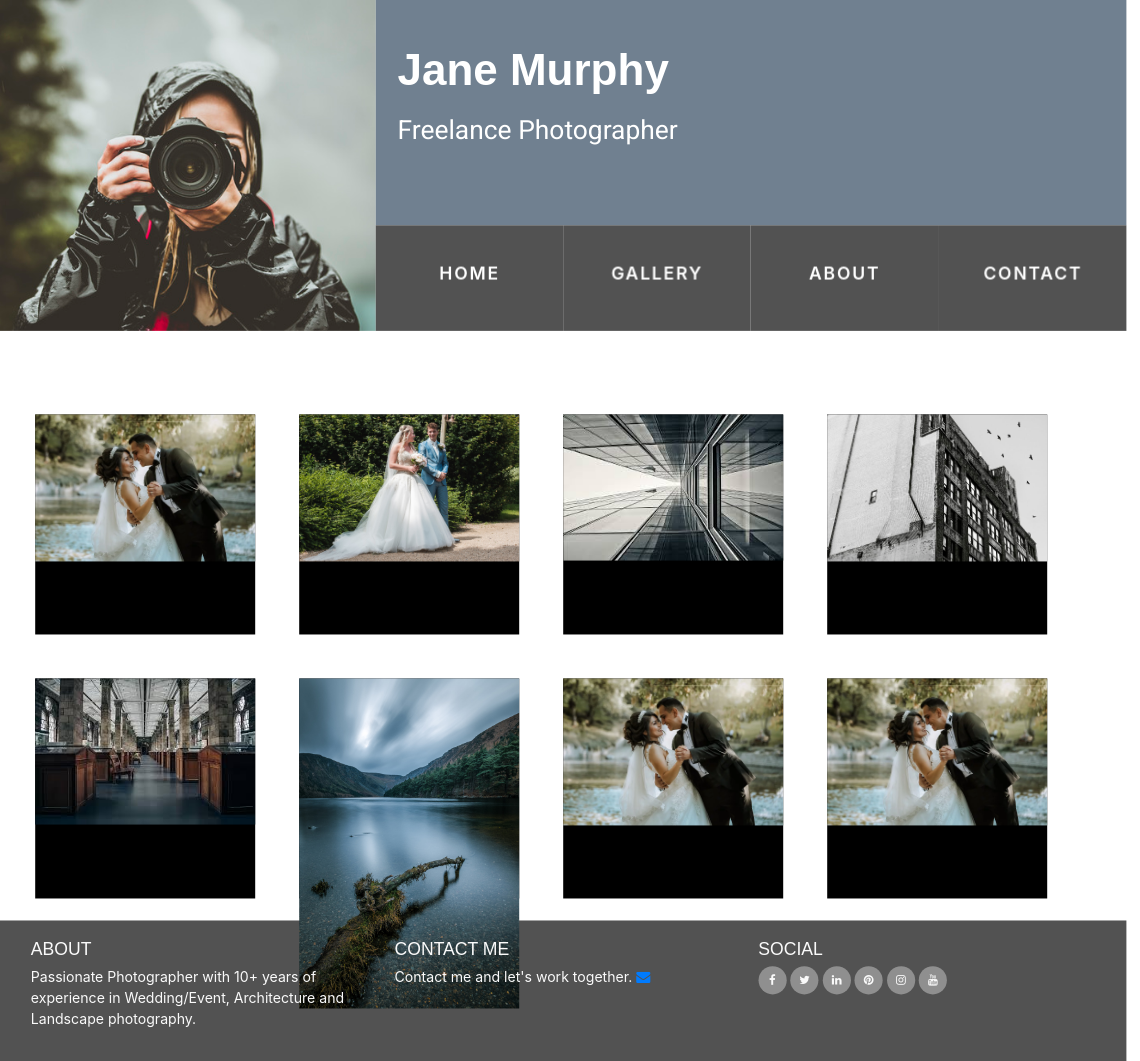
Repository: Code-Institute-Submissions/MrChrisRandall-milestone-1
Page: gallery.html
The author's editor kept a record of every edit. The page is drawn from the files as they stood at one moment, then again after the next edit.
The browser window is 1280 px wide. The page is 1295 px wide, so the pictures cover 1295 px, including what lies to the right of the window. The pictures show the whole page, at 88% of full size.

Above is the page before.

After the next edit:
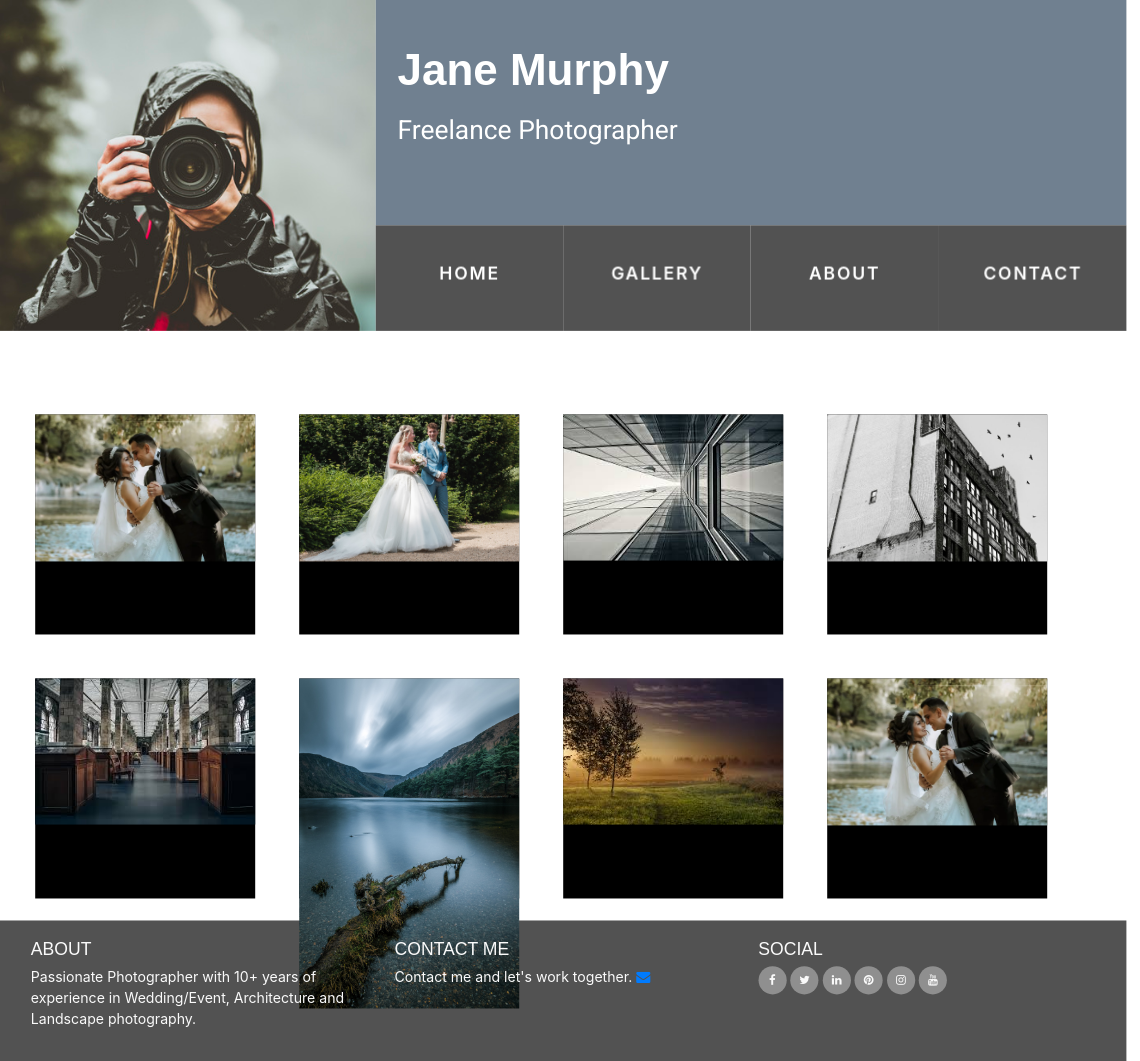
The edit:
--- a/gallery.html
+++ b/gallery.html
@@ -84,7 +84,7 @@
             </div>
             <div class="box">
                 <div class="imgBox">
-                    <img src="assets/images/wedding1.jpg"></img>
+                    <img src="assets/images/l2.jpg"></img>
                 </div>
             </div>
             <div class="box">
